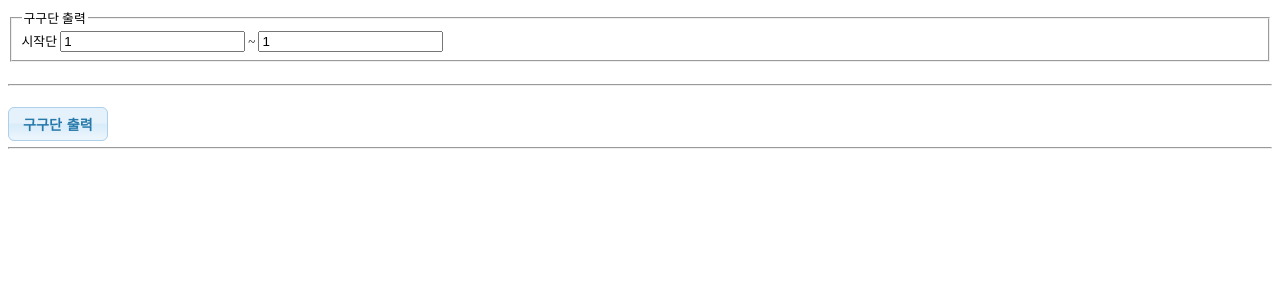
Repository: popconnect/jQuery
Page: http://localhost/jQueryUiEx02/SpinnerEx01.jsp
The author's editor kept a copy of each file at every save. The page is drawn from the files as they stood at one save, then again after the next save.
The browser window is 1280 px wide. The pictures show the whole page.
The page is served by Tomcat 9.

Above is the page before, as saved 2023-05-17 03:26:50.

After the next save:
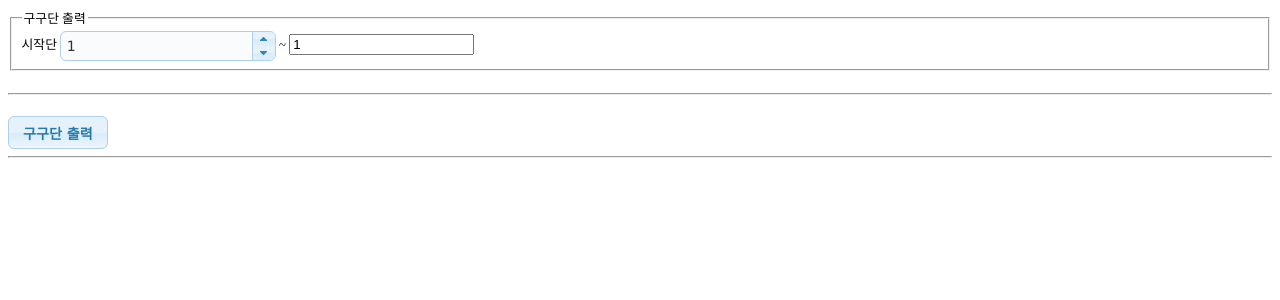
Saved 22 s later.
--- a/jQueryUiEx02/src/main/webapp/SpinnerEx01.jsp
+++ b/jQueryUiEx02/src/main/webapp/SpinnerEx01.jsp
@@ -16,7 +16,16 @@ body {
 <script type="text/javascript">
 	//버튼 이벤트
 	$(document).ready(function() {
-		$('#spinner').spinner({
+		$('#start').spinner({
+			min: 5,
+			max: 250,
+			step: 5,
+			spin: function() {
+				console.log( $(this).spinner('value'));
+			}
+		});
+
+		$('#start').spinner({
 			min: 5,
 			max: 250,
 			step: 5,
